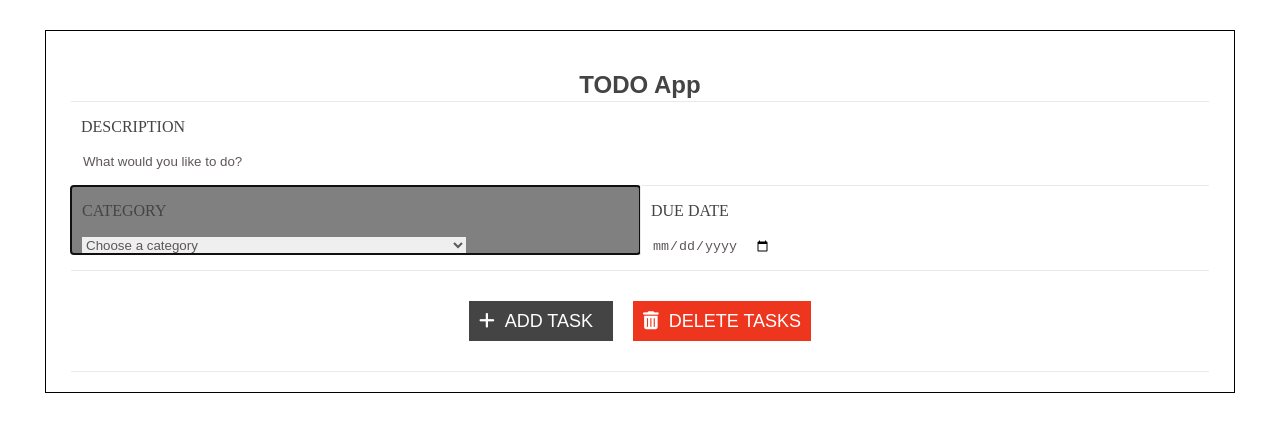
Repository: king-slayer97/TODO-App
Page: http://localhost/
The author's editor kept a copy of each file at every save. The page is drawn from the files as they stood at one save, then again after the next save.
The browser window is 1280 px wide. The pictures show the whole page.
The first visible `.category` has the focus.
Some web libraries are served in a nearby version. The page is served by the project's Node server (index.js). Other server files are loaded and not shown. Queries for data that is not in the repository find no rows.

Above is the page before, as saved 2022-08-20 23:29:32.

### views/home.ejs
<!DOCTYPE html>
<html lang="en">

<head>
    <meta charset="UTF-8">
    <meta http-equiv="X-UA-Compatible" content="IE=edge">
    <meta name="viewport" content="width=device-width, initial-scale=1.0">
    <title>
        <%=title %>
    </title>
    <link rel="stylesheet" href="https://cdnjs.cloudflare.com/ajax/libs/font-awesome/6.1.1/css/all.min.css"
        integrity="sha512-KfkfwYDsLkIlwQp6LFnl8zNdLGxu9YAA1QvwINks4PhcElQSvqcyVLLD9aMhXd13uQjoXtEKNosOWaZqXgel0g=="
        crossorigin="anonymous" referrerpolicy="no-referrer" />
    <link rel="stylesheet" href="/css/home.css">
</head>

<body>
    <div class="wrapper">
        <div class="heading">
            <h2>TODO App</h2>
        </div>
        <form action="" method="post">
            <div class="description">
                <p>Description</p>
                <input type="text" name="description" placeholder="What would you like to do?">
            </div>
            <div class="section2">
                <div class="category">
                    <p>Category</p>
                    <select name="category">
                        <option selected disabled><i class="fa-solid fa-caret-down"></i>Choose a category </option>
                        <option value="Personal">Personal</option>
                        <option value="Work">Work</option>
                        <option value="School">School</option>
                        <option value="Cleaning">Cleaning</option>
                        <option value="Other">Other</option>
                    </select>
                </div>
                <div class="date">
                    <p>Due Date</p>
                    <input type="date" name="due_date">
                </div>
            </div>
            <div class="buttons">
                <button type="submit" id="add-button" formaction="/create-task"><i class="fa-solid fa-plus"></i>Add
                    Task</button>
                <button id="delete-button" formaction="/delete-task"><i class="fa-solid fa-trash-can"></i>Delete
                    Tasks</button>
            </div>
            <!-- </form>
        <form action="/delete-task" method="POST"> -->
            <div class="tasks">
                <% for(let task of tasks){ %>
                    <div class="task-wrapper">
                        <div class="input-wrapper">
                            <input type="checkbox" name="taskItem" value=<%=task._id %>>
                            <div class="task">
                                <div class="task-desc-wrapper">
                                    <div class="task-desc">
                                        <label class="strike-<%=task._id %>">
                                            <%=task.description %>
                                        </label>
                                    </div>
                                    <span class="task-dueDate strike-<%=task._id %>">
                                        <i class="fa-solid fa-calendar-days"></i>
                                        <span class="task-date">
                                            <%=task.due_date %>
                                        </span>
                                    </span>
                                </div>
                            </div>
                        </div>
                            <div class="task-category">
                                <%=task.category %>
                            </div>
                    </div>
                        <% } %>
        </form>
    </div>
    <script src="/js/home.js"></script>
</body>

</html>

### index.js
const express = require('express');
const PORT = 3000;
const app = express();
const db = require('./config/mongoose');

//setup view engine
app.set('view engine', 'ejs');
app.set('views','./views');
app.use(express.static('assets'));
app.use(express.urlencoded());

//importing routes
const router = require('./routes');
app.use('/',router);

//Listening on port 3000
app.listen(PORT, function(err){
    if(err) {
        console.log(`Error: ${err}`);
    }
    else{
        console.log(`Listening on port ${PORT}`);
    }
});

### controllers/home_controller.js
const Task = require('../models/userTask');

module.exports.homePage = function(req, res){
    Task.find({}, function(err, taskList){
        if(err){
            console.log(`Couldnt perform read operation. Please try again!`);
        }
        else{
            // console.log(taskList);
            res.render('home',{title: "Task Tracker",tasks:taskList});
        }
    });
};

### assets/css/home.css
body {
  margin: 0;
}

.wrapper {
  border: 1px solid black;
  padding: 20px 25px;
  margin: 30px 45px;
  /* height: 90vh; */
}

.heading {
  text-align: center;
  border-bottom: 1px solid #eaeaea;
  height: 30px;
  /* display: flex;
    align-items: center;
    justify-content: center; */
}

.heading h2 {
  color: #444444;
  font-family: Arial, Helvetica, sans-serif;
  /* font-style: inherit; */
}

.description {
  border-bottom: 1px solid #eaeaea;
  /* display: flex;
    flex-direction:column;
    justify-content: flex-start; */
  /* background-color: yellow; */
  padding: 0px 10px;
  padding-bottom: 15px;
}

.description p,
.category p,
.date p {
  color: #444444;
  text-transform: uppercase;
  /* background-color: pink; */
}

.description input[type="text"] {
  border-style: none;
  width: 100%;
  /* text-align: left; */
}

.section2 {
  display: flex;
  align-items: center;
  justify-content: flex-start;
  border-bottom: 1px solid #eaeaea;
  padding-bottom: 15px;
}

.category select {
  width: 70%;
  /* -webkit-appearance: none;
  -moz-appearance: none;
  appearance: none; Remove default arrow */
  /* background-image: url(...);   Add custom arrow */
  /* background-color: transparent; */
}

select option {
  cursor: pointer;
  /* color: #333; */
}

/* select option:hover{
  background-color:pink;
} */

.category,
.date {
  /* height: 100%; */
  padding: 0px 10px;
  flex: 0.5;
}

/* .date input[type="date"] {
  /* height: 100%; */
/* } */

.category select,
.description input[type="text"],
input::placeholder,
.date input[type="date"] {
  font-size: 0.9 rem;
  border: none;
  outline: 0px;
  color: rgb(94, 87, 87);
  /* -webkit-appearance: button; */
  /* -webkit-box-shadow: 0px 1px 3px rgba(0, 0, 0, 0.1); */
}

.category:focus,
.description:focus,
.date:focus {
  background-color: grey;
}

.section2 .date,
.section2 .category {
  border-left: 1px solid #eaeaea;
}

.buttons {
  padding: 20px 15px;
  display: flex;
  align-items: center;
  justify-content: center;
  border-bottom: 1px solid #eaeaea;
}

.buttons button {
  margin: 10px;
  height: 40px;
  /* width: 150px; */
  text-transform: uppercase;
  color: white;
  border: none;
  padding: 5px 10px;
  cursor: pointer;
  font-size: large;
}

#add-button {
  background-color: #444444;
  padding-right: 20px;
}

#delete-button {
  background-color: #ee351e;
}

#delete-button i,
#add-button i {
  margin-right: 10px;
}

.tasks {
  /* margin-top: 10px; */
}

.tasks .task {
  padding: 10px 0px;
  display: flex;
  align-items: center;
  justify-content: space-between;
}

.tasks .task-desc {
  display: flex;
  align-items: center;
  color: #444444;
}

.task-wrapper {
  display: flex;
  align-items: center;
  justify-content: space-between;
  border-bottom: 1px solid #eaeaea;
  padding: 10px;
}

.input-wrapper {
  display: flex;
  align-items: center;
}

input[type="checkbox"] {
  accent-color: green;
  width: 15px;
  height: 15px;
  outline: 2px solid black;
  border-radius: 2px;
  /* transform: rotate(45deg); */
  -moz-appearance: none;
  -webkit-appearance: none;
  -o-appearance: none;
}

input[type=checkbox]:before {
  content: "\f00c";
  color: transparent;
}

input[type="checkbox"]:checked{
  background-color: green;
  color: white;
  -moz-appearance: checkbox;
  -webkit-appearance: checkbox;
  -o-appearance: checkbox;
  outline: 0;
}

.tasks .task-dueDate {
  font-size: 12px;
  /* margin: 20px; */
  margin-left: 30px;
  color: grey;
}

.task-date {
  margin-left: 5px;
  text-transform: uppercase;
}

.tasks .task-category {
  /* border: 1px solid black; */
  padding: 10px 5px;
  text-transform: uppercase;
  width: 90px;
  text-align: center;
  color: white;
}

### assets/js/home.js
console.log(`This is home.js`);

let categoryContainer = document.querySelectorAll(".task-category");
console.log(categoryContainer);

//changing the date format
let dueDates = document.querySelectorAll(".task-date");
console.log(dueDates);
for (let i = 0; i < dueDates.length; i++) {
  var mydate = new Date(dueDates[i].innerText);
  console.log(mydate);
  var month = [
    "Jan",
    "Feb",
    "Mar",
    "Apr",
    "May",
    "June",
    "July",
    "Aug",
    "Sep",
    "Oct",
    "Nov",
    "Dec",
  ][mydate.getMonth()];
  let str;
  if (month === undefined) {
    str = "No Deadline";
  } else {
    str = month + " " + mydate.getDate() + ", " + mydate.getFullYear();
}
    dueDates[i].innerText = str;
}

//Maintaining the color of the Category
for (let category of categoryContainer) {
  if (category.innerText == "SCHOOL") {
    category.style.backgroundColor = "#f2a700";
  } else if (category.innerText == "WORK") {
    category.style.backgroundColor = "#9c00af";
  } else if (category.innerText == "PERSONAL") {
    category.style.backgroundColor = "#3f51b5";
  } else {
    category.style.display = "none";
  }
}

var checkedBoxes = document.querySelectorAll('input[name="taskItem"]');
console.log(checkedBoxes);

//Adding event listeners for striking off the checked task
for (let i = 0; i < checkedBoxes.length; i++) {
  let id = checkedBoxes[i].defaultValue;
  let elements = document.querySelectorAll(`.strike-${id}`);
  elements.forEach(function (element) {
    element.style.marginLeft = "10px";
  });
  checkedBoxes[i].addEventListener("click", function () {
    if (checkedBoxes[i].checked) {
      elements.forEach(function (element) {
        element.style.textDecoration = "line-through";
        element.style.opacity = "0.3";
      });
    } else {
      elements.forEach(function (element) {
        element.style.textDecoration = "none";
        element.style.opacity = "1";
      });
    }
    // document.querySelector(`#${checkedBoxes[i].defaultValue}`).
    // if(document.querySelectorAll('input[name="taskItem"]:checked')){
    //     let elements = document.querySelectorAll('.strike');
    //     console.log(elements);
    // }
    console.log(`Inside Event Listener`);
  });
}

After the next save:
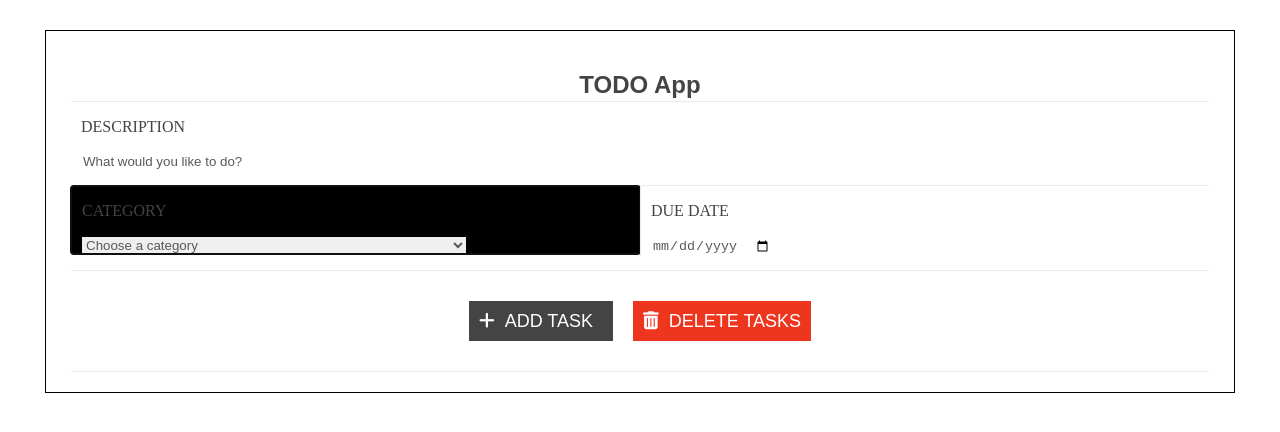
Saved 65 s later.
--- a/assets/css/home.css
+++ b/assets/css/home.css
@@ -100,7 +100,7 @@ input::placeholder,
 .category:focus,
 .description:focus,
 .date:focus {
-  background-color: grey;
+  background-color: black;
 }
 
 .section2 .date,
